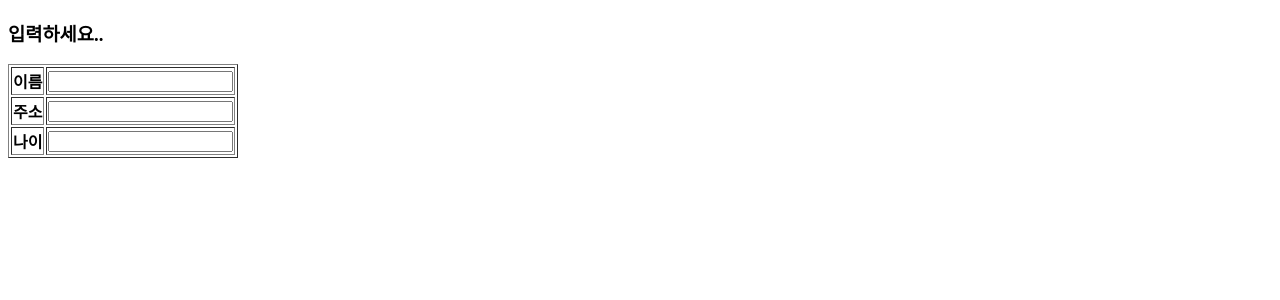
Repository: Mildous/HKIT-BackendClass
Page: http://localhost/jspExam/Q5_input.jsp
An editor plug-in stored every save of this project. The page is shown before and after the next save, followed by the edit.
The browser window is 1280 px wide. The pictures show the whole page.
The page is served by Tomcat 9.

Above is the page before, as saved 2022-08-25 05:28:43.

### workspace/jsp/jspExam/WebContent/Q5_input.jsp
<%@ page language="java" contentType="text/html; charset=UTF-8"
    pageEncoding="UTF-8"%>
<!DOCTYPE html>
<html>
<head>
<meta charset="UTF-8">
<title>문제4</title>
</head>
<body>
<form name="inputForm" method="post" action="Q4_output.jsp">
<h3>입력하세요..</h3>
<table border="1">
	<tr>
		<th>이름</th>
		<td><input type="text" name="name"></td>
	</tr>
	<tr>
		<th>주소</th>
		<td><input type="text" name="addr"></td>
	</tr>
	<tr>
		<th>나이</th>
		<td><input type="text" name="age"></td>
	</tr>
</table>
</form>
</body>
</html>

After the next save:
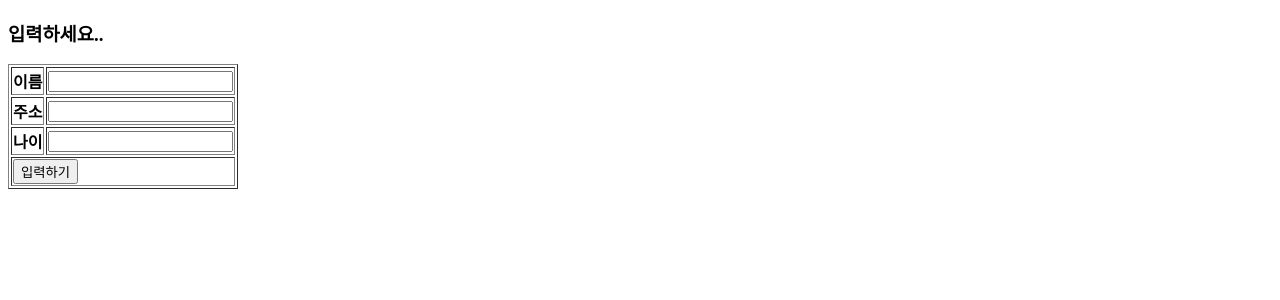
Saved 55 s later.
--- a/workspace/jsp/jspExam/WebContent/Q5_input.jsp
+++ b/workspace/jsp/jspExam/WebContent/Q5_input.jsp
@@ -22,6 +22,11 @@
 		<th>나이</th>
 		<td><input type="text" name="age"></td>
 	</tr>
+	<tr>
+		<td colspan="2">
+			<button type="button" onClick="submit()">입력하기</button>
+		</td>
+	</tr>
 </table>
 </form>
 </body>
